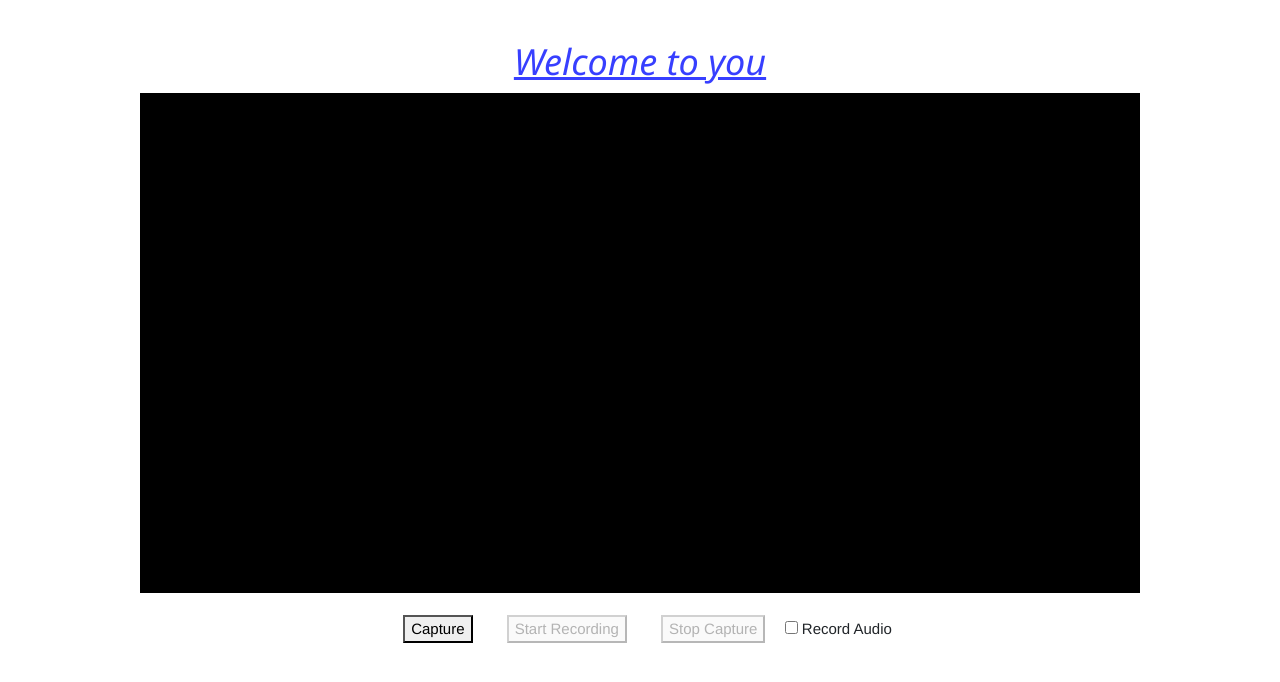
Repository: santiljanomalaj/recording_youtube
Page: index.html
These files come from the project's save history. The page is drawn as it stood at one moment and after the next save; the edit follows.
The browser window is 1280 px wide. The pictures show the whole page.

Above is the page before, as saved 2020-04-29 18:32:58.

### index.html
<!DOCTYPE html>
<html lang="en">
  <head>
    <title>video/audio capture</title>
    <meta charset="utf-8" />
    <meta http-equiv="X-UA-Compatible" content="IE=edge" />
    <meta name="viewport" content="width=device-width, initial-scale=1" />

    <link
      rel="stylesheet"
      href="https://maxcdn.bootstrapcdn.com/bootstrap/4.4.1/css/bootstrap.min.css"
    />
    <link rel="stylesheet" href="https://www.w3schools.com/w3css/4/w3.css" />
    <link
      rel="stylesheet"
      href="https://fonts.googleapis.com/css?family=Tangerine"
    />
    <link rel="stylesheet" href="style.css" />

    <!-- <script>
      if (location.protocol !== "https:") location.protocol = "https:";
    </script> -->
    <!-- import the webpage's stylesheet -->
  </head>
  <body>
    <center>
      <div class="w3-container w3-tangerine">
        <h1 class="w3-xxlarge"><u>Welcome to you</u></h1>
      </div>
      <p id="warning">
        Enable chrome://flags/#enable-experimental-web-platform-features
      </p>
      <video
        style="background-color: black; width: 1000px; height: 500px;"
        id="videoElement"
        autoplay
      ></video>
      <br />
      <button id="captureBtn">Capture</button>
      <button id="startBtn" disabled>Start Recording</button>
      <button id="stopBtn" disabled>Stop Capture</button>
      <input type="checkbox" id="audioToggle" />
      <label for="audioToggle">Record Audio</label>
      <a class="btn btn-primary" id="download" href="#" style="display: none;"
        >Download</a
      >
      <a
        type="button"
        class="btn btn-primary"
        id="trim"
        href="https://video-cut.glitch.me/"
        style="display: none;"
        target="trim"
        >Trim Video</a
      >
      <a
        type="button"
        class="btn btn-primary"
        id="convert"
        href="https://convert-to-mp4.glitch.me/"
        style="display: none;"
        target="convert"
        >Convert to MP4</a
      >
    </center>

    <script src="comlink.js"></script>
    <script src="https://ajax.googleapis.com/ajax/libs/jquery/3.4.1/jquery.min.js"></script>
    <script src="https://cdnjs.cloudflare.com/ajax/libs/popper.js/1.16.0/umd/popper.min.js"></script>
    <script src="https://maxcdn.bootstrapcdn.com/bootstrap/4.4.1/js/bootstrap.min.js"></script>

    <script>
      if ("getDisplayMedia" in navigator.mediaDevices)
        warning.style.display = "none";

      let blobs;
      let blob;
      let rec;
      let stream;

      captureBtn.onclick = async () => {
        trim.style.display = "none";
        convert.style.display = "none";
        download.style.display = "none";
        let audio = audioToggle.checked || false;

        stream = await navigator.mediaDevices.getDisplayMedia({
          video: true,
          audio: audio,
        });
        stream
          .getVideoTracks()
          .forEach((track) => (track.contentHint = "text"));
        videoElement.srcObject = stream;
        let opts = { mimeType: "video/webm; codecs=h264" };
        blobs = [];
        rec = new MediaRecorder(stream, opts);
        rec.ondataavailable = (e) => blobs.push(e.data);
        rec.onstop = () => {
          blob = new Blob(blobs, { type: "video/mp4" });
          let url = window.URL.createObjectURL(blob);
          download.href = url;
          download.download = "test.mp4";
          download.style.display = "block";
          trim.style.display = "block";
          convert.style.display = "block";
        };
        startBtn.disabled = false;
        captureBtn.disabled = true;
        audioToggle.disabled = true;
      };

      startBtn.onclick = () => {
        startBtn.disabled = true;
        stopBtn.disabled = false;
        rec.start();
      };

      stopBtn.onclick = () => {
        captureBtn.disabled = false;
        startBtn.disabled = true;
        stopBtn.disabled = true;
        audioToggle.disabled = false;
        rec.stop();
        stream.getTracks().forEach((s) => s.stop());
        videoElement.srcObject = null;
        stream = null;
      };

      trim.onclick = async (event) => {
        event.preventDefault();
        let cutWindow = window.open(event.target.href);
        let start = Comlink.proxy(cutWindow);
        setTimeout(async () => {
          let result = await start(
            new File([blob], "test.webm", { type: "video/webm" }),
            "00:00:00"
          );
        }, 1000);
      };

      convert.onclick = async (event) => {
        event.preventDefault();
        let convertWindow = window.open(event.target.href);
        let start = Comlink.proxy(convertWindow);
        setTimeout(async () => {
          let result = await start(
            new File([blob], "test.webm", { type: "video/webm" })
          );
        }, 1000);
      };
    </script>
  </body>
</html>

### style.css
/* CSS files add styling rules to your content */

body {
  font-family: "Benton Sans", "Helvetica Neue", helvetica, arial, sans-serif;
  margin: 2em;
}

h1 {
  font-style: italic;
  color: #373fff;
}

video {
  width: 1000px;
  height: 1000px;
}

button {
  margin: 1em;
  padding: 1;
}

.w3-tangerine {
  font-family: "Tangerine", serif;
}

### comlink.js
/**
 * Copyright 2017 Google Inc. All Rights Reserved.
 * Licensed under the Apache License, Version 2.0 (the "License");
 * you may not use this file except in compliance with the License.
 * You may obtain a copy of the License at
 *     http://www.apache.org/licenses/LICENSE-2.0
 * Unless required by applicable law or agreed to in writing, software
 * distributed under the License is distributed on an "AS IS" BASIS,
 * WITHOUT WARRANTIES OR CONDITIONS OF ANY KIND, either express or implied.
 * See the License for the specific language governing permissions and
 * limitations under the License.
 */
(function (factory) {
  if (typeof module === "object" && typeof module.exports === "object") {
    var v = factory(require, exports);
    if (v !== undefined) module.exports = v;
  } else if (typeof define === "function" && define.amd) {
    define(["require", "exports"], factory);
  } else {
    factory([], (self.Comlink = {}));
  }
})(function (require, exports) {
  "use strict";
  Object.defineProperty(exports, "__esModule", { value: true });
  const TRANSFERABLE_TYPES = [ArrayBuffer, MessagePort];
  const uid = Math.floor(Math.random() * Number.MAX_SAFE_INTEGER);
  const proxyValueSymbol = Symbol("proxyValue");
  const throwSymbol = Symbol("throw");
  const proxyTransferHandler = {
    canHandle: (obj) => obj && obj[proxyValueSymbol],
    serialize: (obj) => {
      const { port1, port2 } = new MessageChannel();
      expose(obj, port1);
      return port2;
    },
    deserialize: (obj) => {
      return proxy(obj);
    },
  };
  const throwTransferHandler = {
    canHandle: (obj) => obj && obj[throwSymbol],
    serialize: (obj) => obj.toString() + "\n" + obj.stack,
    deserialize: (obj) => {
      throw Error(obj);
    },
  };
  exports.transferHandlers = new Map([
    ["PROXY", proxyTransferHandler],
    ["THROW", throwTransferHandler],
  ]);
  let pingPongMessageCounter = 0;
  function proxy(endpoint, target) {
    if (isWindow(endpoint)) endpoint = windowEndpoint(endpoint);
    if (!isEndpoint(endpoint))
      throw Error(
        "endpoint does not have all of addEventListener, removeEventListener and postMessage defined"
      );
    activateEndpoint(endpoint);
    return cbProxy(
      async (irequest) => {
        let args = [];
        if (irequest.type === "APPLY" || irequest.type === "CONSTRUCT")
          args = irequest.argumentsList.map(wrapValue);
        const response = await pingPongMessage(
          endpoint,
          Object.assign({}, irequest, { argumentsList: args }),
          transferableProperties(args)
        );
        const result = response.data;
        return unwrapValue(result.value);
      },
      [],
      target
    );
  }
  exports.proxy = proxy;
  function proxyValue(obj) {
    obj[proxyValueSymbol] = true;
    return obj;
  }
  exports.proxyValue = proxyValue;
  function expose(rootObj, endpoint) {
    if (isWindow(endpoint)) endpoint = windowEndpoint(endpoint);
    if (!isEndpoint(endpoint))
      throw Error(
        "endpoint does not have all of addEventListener, removeEventListener and postMessage defined"
      );
    activateEndpoint(endpoint);
    attachMessageHandler(endpoint, async function (event) {
      if (!event.data.id || !event.data.callPath) return;
      const irequest = event.data;
      let that = await irequest.callPath
        .slice(0, -1)
        .reduce((obj, propName) => obj[propName], rootObj);
      let obj = await irequest.callPath.reduce(
        (obj, propName) => obj[propName],
        rootObj
      );
      let iresult = obj;
      let args = [];
      if (irequest.type === "APPLY" || irequest.type === "CONSTRUCT")
        args = irequest.argumentsList.map(unwrapValue);
      if (irequest.type === "APPLY") {
        try {
          iresult = await obj.apply(that, args);
        } catch (e) {
          iresult = e;
          iresult[throwSymbol] = true;
        }
      }
      if (irequest.type === "CONSTRUCT") {
        try {
          iresult = new obj(...args); // eslint-disable-line new-cap
          iresult = proxyValue(iresult);
        } catch (e) {
          iresult = e;
          iresult[throwSymbol] = true;
        }
      }
      if (irequest.type === "SET") {
        obj[irequest.property] = irequest.value;
        // FIXME: ES6 Proxy Handler `set` methods are supposed to return a
        // boolean. To show good will, we return true asynchronously ¯\_(ツ)_/¯
        iresult = true;
      }
      iresult = makeInvocationResult(iresult);
      iresult.id = irequest.id;
      return endpoint.postMessage(iresult, transferableProperties([iresult]));
    });
  }
  exports.expose = expose;
  function wrapValue(arg) {
    // Is arg itself handled by a TransferHandler?
    for (const [key, transferHandler] of exports.transferHandlers) {
      if (transferHandler.canHandle(arg)) {
        return {
          type: key,
          value: transferHandler.serialize(arg),
        };
      }
    }
    // If not, traverse the entire object and find handled values.
    let wrappedChildren = [];
    for (const item of iterateAllProperties(arg)) {
      for (const [key, transferHandler] of exports.transferHandlers) {
        if (transferHandler.canHandle(item.value)) {
          wrappedChildren.push({
            path: item.path,
            wrappedValue: {
              type: key,
              value: transferHandler.serialize(item.value),
            },
          });
        }
      }
    }
    for (const wrappedChild of wrappedChildren) {
      const container = wrappedChild.path
        .slice(0, -1)
        .reduce((obj, key) => obj[key], arg);
      container[wrappedChild.path[wrappedChild.path.length - 1]] = null;
    }
    return {
      type: "RAW",
      value: arg,
      wrappedChildren,
    };
  }
  function unwrapValue(arg) {
    if (exports.transferHandlers.has(arg.type)) {
      const transferHandler = exports.transferHandlers.get(arg.type);
      return transferHandler.deserialize(arg.value);
    } else if (isRawWrappedValue(arg)) {
      for (const wrappedChildValue of arg.wrappedChildren || []) {
        if (!exports.transferHandlers.has(wrappedChildValue.wrappedValue.type))
          throw Error(
            `Unknown value type "${arg.type}" at ${wrappedChildValue.path.join(
              "."
            )}`
          );
        const transferHandler = exports.transferHandlers.get(
          wrappedChildValue.wrappedValue.type
        );
        const newValue = transferHandler.deserialize(
          wrappedChildValue.wrappedValue.value
        );
        replaceValueInObjectAtPath(arg.value, wrappedChildValue.path, newValue);
      }
      return arg.value;
    } else {
      throw Error(`Unknown value type "${arg.type}"`);
    }
  }
  function replaceValueInObjectAtPath(obj, path, newVal) {
    const lastKey = path.slice(-1)[0];
    const lastObj = path.slice(0, -1).reduce((obj, key) => obj[key], obj);
    lastObj[lastKey] = newVal;
  }
  function isRawWrappedValue(arg) {
    return arg.type === "RAW";
  }
  function windowEndpoint(w) {
    if (self.constructor.name !== "Window") throw Error("self is not a window");
    return {
      addEventListener: self.addEventListener.bind(self),
      removeEventListener: self.removeEventListener.bind(self),
      postMessage: (msg, transfer) => w.postMessage(msg, "*", transfer),
    };
  }
  function isEndpoint(endpoint) {
    return (
      "addEventListener" in endpoint &&
      "removeEventListener" in endpoint &&
      "postMessage" in endpoint
    );
  }
  function activateEndpoint(endpoint) {
    if (isMessagePort(endpoint)) endpoint.start();
  }
  function attachMessageHandler(endpoint, f) {
    // Checking all possible types of `endpoint` manually satisfies TypeScript’s
    // type checker. Not sure why the inference is failing here. Since it’s
    // unnecessary code I’m going to resort to `any` for now.
    // if(isWorker(endpoint))
    //   endpoint.addEventListener('message', f);
    // if(isMessagePort(endpoint))
    //   endpoint.addEventListener('message', f);
    // if(isOtherWindow(endpoint))
    //   endpoint.addEventListener('message', f);
    endpoint.addEventListener("message", f);
  }
  function detachMessageHandler(endpoint, f) {
    // Same as above.
    endpoint.removeEventListener("message", f);
  }
  function isMessagePort(endpoint) {
    return endpoint.constructor.name === "MessagePort";
  }
  function isWindow(endpoint) {
    // TODO: This doesn’t work on cross-origin iframes.
    // return endpoint.constructor.name === 'Window';
    return ["window", "length", "location", "parent", "opener"].every(
      (prop) => prop in endpoint
    );
  }
  /**
   * `pingPongMessage` sends a `postMessage` and waits for a reply. Replies are
   * identified by a unique id that is attached to the payload.
   */
  function pingPongMessage(endpoint, msg, transferables) {
    const id = `${uid}-${pingPongMessageCounter++}`;
    return new Promise((resolve) => {
      attachMessageHandler(endpoint, function handler(event) {
        if (event.data.id !== id) return;
        detachMessageHandler(endpoint, handler);
        resolve(event);
      });
      // Copy msg and add `id` property
      msg = Object.assign({}, msg, { id });
      endpoint.postMessage(msg, transferables);
    });
  }
  function cbProxy(cb, callPath = [], target = function () {}) {
    return new Proxy(target, {
      construct(_target, argumentsList, proxy) {
        return cb({
          type: "CONSTRUCT",
          callPath,
          argumentsList,
        });
      },
      apply(_target, _thisArg, argumentsList) {
        // We use `bind` as an indicator to have a remote function bound locally.
        // The actual target for `bind()` is currently ignored.
        if (callPath[callPath.length - 1] === "bind")
          return cbProxy(cb, callPath.slice(0, -1));
        return cb({
          type: "APPLY",
          callPath,
          argumentsList,
        });
      },
      get(_target, property, proxy) {
        if (property === "then" && callPath.length === 0) {
          return { then: () => proxy };
        } else if (property === "then") {
          const r = cb({
            type: "GET",
            callPath,
          });
          return Promise.resolve(r).then.bind(r);
        } else {
          return cbProxy(cb, callPath.concat(property), _target[property]);
        }
      },
      set(_target, property, value, _proxy) {
        return cb({
          type: "SET",
          callPath,
          property,
          value,
        });
      },
    });
  }
  function isTransferable(thing) {
    return TRANSFERABLE_TYPES.some((type) => thing instanceof type);
  }
  function* iterateAllProperties(value, path = [], visited = null) {
    if (!value) return;
    if (!visited) visited = new WeakSet();
    if (visited.has(value)) return;
    if (typeof value === "string") return;
    if (typeof value === "object") visited.add(value);
    if (ArrayBuffer.isView(value)) return;
    yield { value, path };
    const keys = Object.keys(value);
    for (const key of keys)
      yield* iterateAllProperties(value[key], [...path, key], visited);
  }
  function transferableProperties(obj) {
    const r = [];
    for (const prop of iterateAllProperties(obj)) {
      if (isTransferable(prop.value)) r.push(prop.value);
    }
    return r;
  }
  function makeInvocationResult(obj) {
    for (const [type, transferHandler] of exports.transferHandlers) {
      if (transferHandler.canHandle(obj)) {
        const value = transferHandler.serialize(obj);
        return {
          value: { type, value },
        };
      }
    }
    return {
      value: {
        type: "RAW",
        value: obj,
      },
    };
  }
});

After the next save:
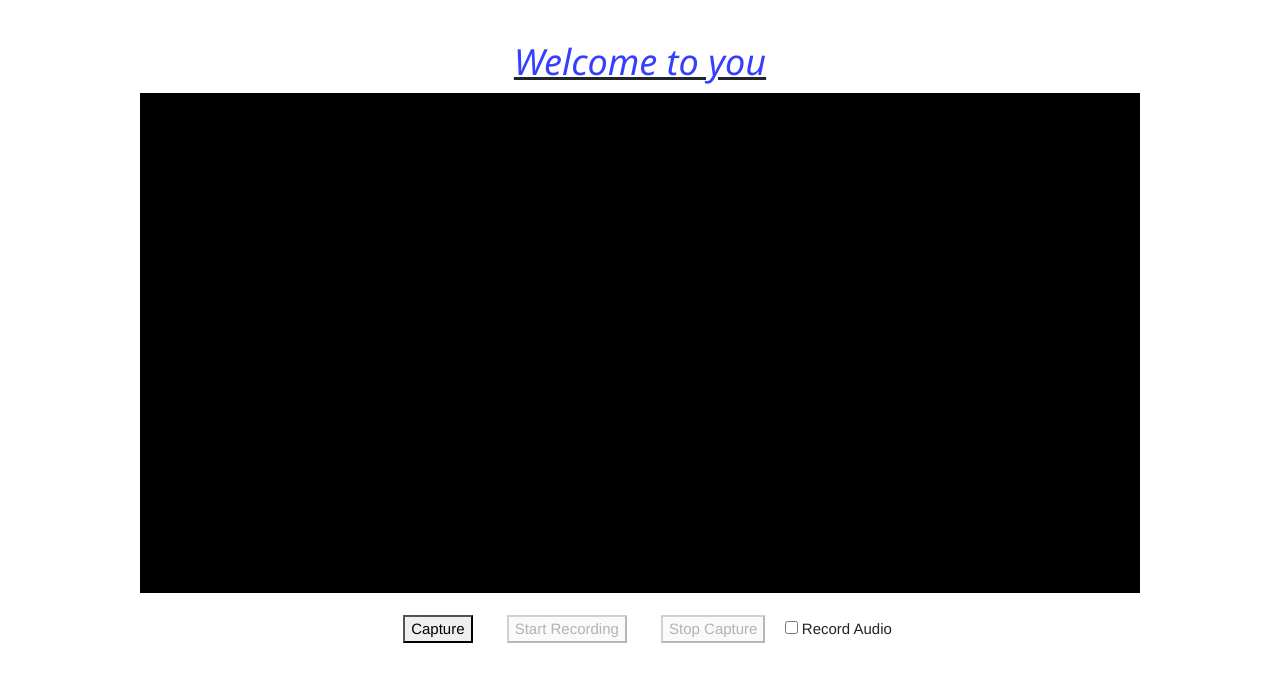
Saved 20 s later.
--- a/index.html
+++ b/index.html
@@ -25,7 +25,7 @@
   <body>
     <center>
       <div class="w3-container w3-tangerine">
-        <h1 class="w3-xxlarge"><u>Welcome to you</u></h1>
+        <u><h1 class="w3-xxlarge">Welcome to you</h1></u>
       </div>
       <p id="warning">
         Enable chrome://flags/#enable-experimental-web-platform-features
